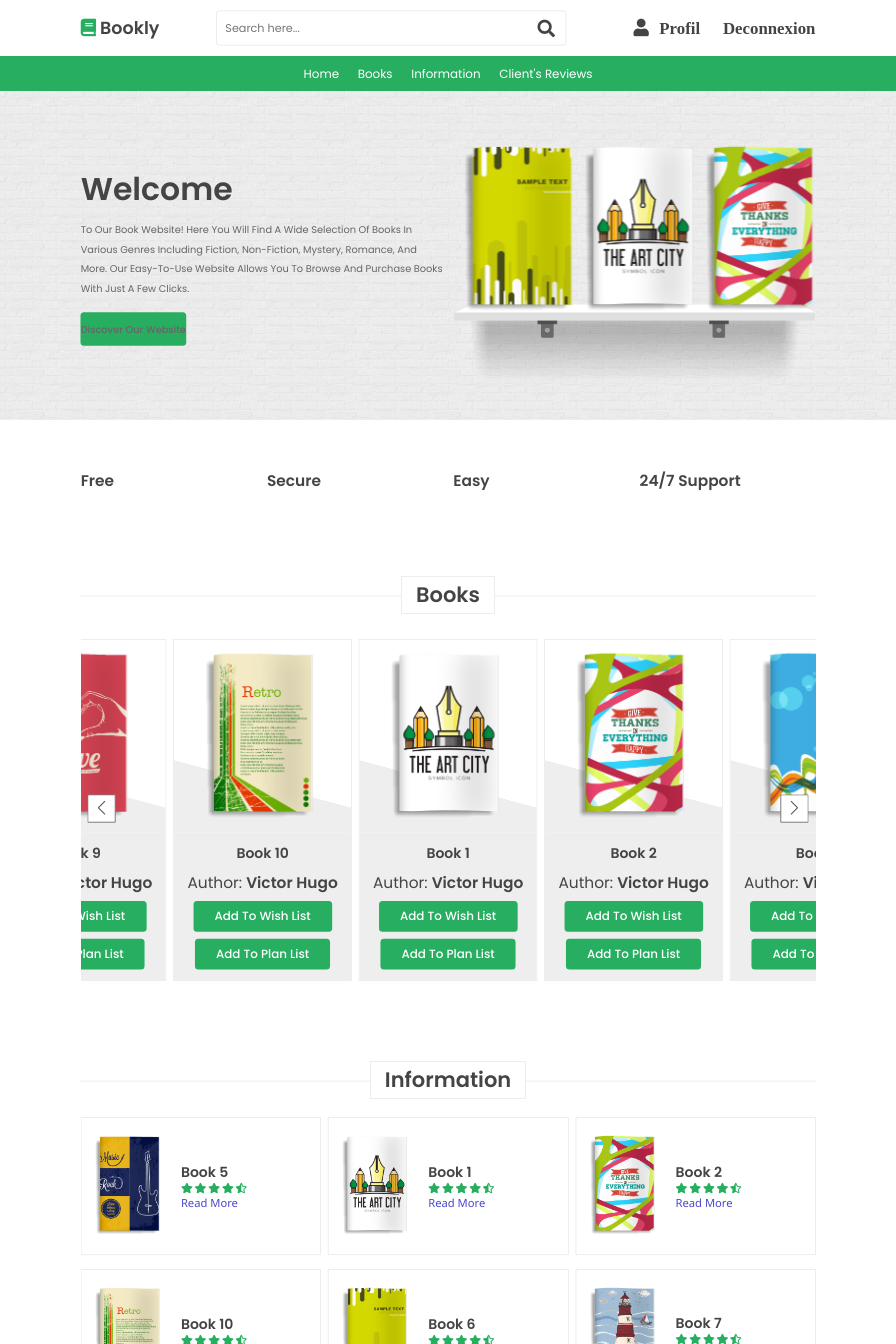
Repository: souhailaniba/Bookly
Page: public/assets/books webstie/index2.html
An editor plug-in stored every save of this project. The page is shown before and after the next save, followed by the edit.
The browser window is 1280 px wide. The pictures show the part of the page from y = 0 to 1920 px (the page is 3055 px tall), at 70% of full size.

Above is the page before, as saved 2023-01-27 16:29:34.

### public/assets/books webstie/index2.html
<!DOCTYPE html>
<html lang="en">
<head>
    <meta charset="UTF-8">
    <meta http-equiv="X-UA-Compatible" content="IE=edge">
    <meta name="viewport" content="width=device-width, initial-scale=1.0">
    <title>Book Website</title>

    <link rel="stylesheet" href="https://unpkg.com/swiper@7/swiper-bundle.min.css" />

    <!-- font awesome cdn link  -->
    <link rel="stylesheet" href="https://cdnjs.cloudflare.com/ajax/libs/font-awesome/5.15.4/css/all.min.css">

    <!-- custom css file link  -->
    <link rel="stylesheet" href="css/style.css">

</head>
<body>

<!-- header section starts  -->

<header class="header">

    <div class="header-1">

        <a href="#" class="logo"> <i class="fas fa-book"></i> Bookly </a>

        <form action="" class="search-form">
            <input type="search" name="" placeholder="Search here..." id="search-box">
            <label for="search-box" class="fas fa-search"></label>
        </form>

        <div class="icons">
            <div id="search-btn" class="fas fa-search"></div>
            <div id="login-btn" class="fas fa-user"><a href="./profile.html"  style="font-size:x-large;font-family: 'Times New Roman', Times, serif;">Profil</a></div>
            <div id="login-btn" class="fas "><a href="./Login.html"  style="font-size:x-large;font-family: 'Times New Roman', Times, serif;">Deconnexion</a></div>

        </div>

    </div>

    <div class="header-2">
        <nav class="navbar">
            <a href="#home">Home</a>
            <a href="#featured">Books</a>
            <a href="#arrivals">Information</a>
            <a href="#reviews">Client's Reviews</a>
        </nav>
    </div>

</header>

<!-- header section ends -->

<!-- bottom navbar  -->

<nav class="bottom-navbar">
    <a href="#home" class="fas fa-home"></a>
    <a href="#featured" class="fas fa-list"></a>
    <a href="#arrivals" class="fas fa-tags"></a>
    <a href="#reviews" class="fas fa-comments"></a>
    <a href="#blogs" class="fas fa-blog"></a>
</nav>

<!-- home section starts  -->

<section class="home" id="home">

    <div class="row">

        <div class="content">
            <h3>Welcome</h3>
            <p>To our book website! Here you will find a wide selection of books in various genres including fiction, non-fiction, mystery, romance, and more. Our easy-to-use website allows you to browse and purchase books with just a few clicks.</p>
            <p class="btn">Discover Our Website</p>
        </div>

        <div class="swiper books-slider">
            <div class="swiper-wrapper">
                <a href="#" class="swiper-slide"><img src="image/book-1.png" alt=""></a>
                <a href="#" class="swiper-slide"><img src="image/book-2.png" alt=""></a>
                <a href="#" class="swiper-slide"><img src="image/book-3.png" alt=""></a>
                <a href="#" class="swiper-slide"><img src="image/book-4.png" alt=""></a>
                <a href="#" class="swiper-slide"><img src="image/book-5.png" alt=""></a>
                <a href="#" class="swiper-slide"><img src="image/book-6.png" alt=""></a>
            </div>
            <img src="image/stand.png" class="stand" alt="">
        </div>

    </div>

</section>

<!-- home section ense  -->

<!-- icons section starts  -->

<section class="icons-container">

    <div class="icons">
        <div class="content">
            <h3>Free</h3>
        </div>
    </div>

    <div class="icons">
        <div class="content">
            <h3>Secure</h3>
        </div>
    </div>

    <div class="icons">
        <div class="content">
            <h3>Easy</h3>
        </div>
    </div>

    <div class="icons">
        <div class="content">
            <h3>24/7 support</h3>
        </div>
    </div>

</section>

<!-- icons section ends -->

<!-- featured section starts  -->

<section class="featured" id="featured">

    <h1 class="heading"> <span>Books</span> </h1>

    <div class="swiper featured-slider">

        <div class="swiper-wrapper">

            <div class="swiper-slide box">
                <div class="image">
                    <img src="image/book-1.png" alt="">
                </div>
                <div class="content">
                    <h3>Book 1</h3>
                    <div class="price">Author: <b>Victor Hugo</b></div>
                    <a href="#" class="btn">Add to wish list</a>
                    <a href="#" class="btn">Add to plan list</a>
                </div>
            </div>

            <div class="swiper-slide box">
                <div class="image">
                    <img src="image/book-2.png" alt="">
                </div>
                <div class="content">
                    <h3>Book 2</h3>
                    <div class="price">Author: <b>Victor Hugo</b></div>
                    <a href="#" class="btn">Add to wish list</a>
                    <a href="#" class="btn">Add to plan list</a>
                </div>
            </div>

            <div class="swiper-slide box">
                <div class="image">
                    <img src="image/book-3.png" alt="">
                </div>
                <div class="content">
                    <h3>Book 3</h3>
                    <div class="price">Author: <b>Victor Hugo</b></div>
                    <a href="#" class="btn">Add to wish list</a>
                    <a href="#" class="btn">Add to plan list</a>
                </div>
            </div>

            <div class="swiper-slide box">
                <div class="image">
                    <img src="image/book-4.png" alt="">
                </div>
                <div class="content">
                    <h3>Book 4</h3>
                    <div class="price">Author: <b>Victor Hugo</b></div>
                    <a href="#" class="btn">Add to wish list</a>
                    <a href="#" class="btn">Add to plan list</a>
                </div>
            </div>

            <div class="swiper-slide box">
                <div class="image">
                    <img src="image/book-5.png" alt="">
                </div>
                <div class="content">
                    <h3>Book 5</h3>
                    <div class="price">Author: <b>Victor Hugo</b></div>
                    <a href="#" class="btn">Add to wish list</a>
                    <a href="#" class="btn">Add to plan list</a>
                </div>
            </div>

            <div class="swiper-slide box">
                <div class="image">
                    <img src="image/book-6.png" alt="">
                </div>
                <div class="content">
                    <h3>Book 6</h3>
                    <div class="price">Author: <b>Victor Hugo</b></div>
                    <a href="#" class="btn">Add to wish list</a>
                    <a href="#" class="btn">Add to plan list</a>
                </div>
            </div>

            <div class="swiper-slide box">
                <div class="image">
                    <img src="image/book-7.png" alt="">
                </div>
                <div class="content">
                    <h3>Book 7</h3>
                    <div class="price">Author: <b>Victor Hugo</b></div>
                    <a href="#" class="btn">Add to wish list</a>
                    <a href="#" class="btn">Add to plan list</a>
                </div>
            </div>

            <div class="swiper-slide box">
                <div class="image">
                    <img src="image/book-8.png" alt="">
                </div>
                <div class="content">
                    <h3>Book 8</h3>
                    <div class="price">Author: <b>Victor Hugo</b></div>
                    <a href="#" class="btn">Add to wish list</a>
                    <a href="#" class="btn">Add to plan list</a>
                </div>
            </div>

            <div class="swiper-slide box">
                <div class="image">
                    <img src="image/book-9.png" alt="">
                </div>
                <div class="content">
                    <h3>Book 9</h3>
                    <div class="price">Author: <b>Victor Hugo</b></div>
                    <a href="#" class="btn">Add to wish list</a>
                    <a href="#" class="btn">Add to plan list</a>
                </div>
            </div>

            <div class="swiper-slide box">
                <div class="image">
                    <img src="image/book-10.png" alt="">
                </div>
                <div class="content">
                    <h3>Book 10</h3>
                    <div class="price">Author: <b>Victor Hugo</b></div>
                    <a href="#" class="btn">Add to wish list</a>
                    <a href="#" class="btn">Add to plan list</a>
                </div>
            </div>

        </div>

        <div class="swiper-button-next"></div>
        <div class="swiper-button-prev"></div>

    </div>

</section>

<!-- featured section ends -->


<!-- arrivals section starts  -->

<section class="arrivals" id="arrivals">

    <h1 class="heading"> <span>Information</span> </h1>

    <div class="swiper arrivals-slider">

        <div class="swiper-wrapper">

            <div class="swiper-slide box">
                <div class="image">
                    <img src="image/book-1.png" alt="">
                </div>
                <div class="content">
                    <h3>Book 1</h3>
                    <div class="stars">
                        <i class="fas fa-star"></i>
                        <i class="fas fa-star"></i>
                        <i class="fas fa-star"></i>
                        <i class="fas fa-star"></i>
                        <i class="fas fa-star-half-alt"></i>
                    </div>
                    <div style="font-size: medium;font-family:'Segoe UI', Tahoma, Geneva, Verdana, sans-serif;color: rgb(72, 72, 204);">Read More</div>
                </div>
            </div>

            <div class="swiper-slide box">
                <div class="image">
                    <img src="image/book-2.png" alt="">
                </div>
                <div class="content">
                    <h3>Book 2</h3>
                    <div class="stars">
                        <i class="fas fa-star"></i>
                        <i class="fas fa-star"></i>
                        <i class="fas fa-star"></i>
                        <i class="fas fa-star"></i>
                        <i class="fas fa-star-half-alt"></i>
                    </div>
                    <div style="font-size: medium;font-family:'Segoe UI', Tahoma, Geneva, Verdana, sans-serif;color: rgb(72, 72, 204);">Read More</div>
                </div>
            </div>

            <div class="swiper-slide box">
                <div class="image">
                    <img src="image/book-3.png" alt="">
                </div>
                <div class="content">
                    <h3>Book 3</h3>
                    <div class="stars">
                        <i class="fas fa-star"></i>
                        <i class="fas fa-star"></i>
                        <i class="fas fa-star"></i>
                        <i class="fas fa-star"></i>
                        <i class="fas fa-star-half-alt"></i>
                    </div>
                    <div style="font-size: medium;font-family:'Segoe UI', Tahoma, Geneva, Verdana, sans-serif;color: rgb(72, 72, 204);">Read More</div>
                </div>
            </div>

            <div class="swiper-slide box">
                <div class="image">
                    <img src="image/book-4.png" alt="">
                </div>
                <div class="content">
                    <h3>Book 4</h3>
                    <div class="stars">
                        <i class="fas fa-star"></i>
                        <i class="fas fa-star"></i>
                        <i class="fas fa-star"></i>
                        <i class="fas fa-star"></i>
                        <i class="fas fa-star-half-alt"></i>
                    </div>
                    <div style="font-size: medium;font-family:'Segoe UI', Tahoma, Geneva, Verdana, sans-serif;color: rgb(72, 72, 204);">Read More</div>
                </div>
            </div>

            <div class="swiper-slide box">
                <div class="image">
                    <img src="image/book-5.png" alt="">
                </div>
                <div class="content">
                    <h3>Book 5</h3>
                    <div class="stars">
                        <i class="fas fa-star"></i>
                        <i class="fas fa-star"></i>
                        <i class="fas fa-star"></i>
                        <i class="fas fa-star"></i>
                        <i class="fas fa-star-half-alt"></i>
                    </div>
                    <div style="font-size: medium;font-family:'Segoe UI', Tahoma, Geneva, Verdana, sans-serif;color: rgb(72, 72, 204);">Read More</div>
                </div>
            </div>

        </div>

    </div>

    <div class="swiper arrivals-slider">

        <div class="swiper-wrapper">

            <div class="swiper-slide box">
                <div class="image">
                    <img src="image/book-6.png" alt="">
                </div>
                <div class="content">
                    <h3>Book 6</h3>
                    <div class="stars">
                        <i class="fas fa-star"></i>
                        <i class="fas fa-star"></i>
                        <i class="fas fa-star"></i>
                        <i class="fas fa-star"></i>
                        <i class="fas fa-star-half-alt"></i>
                    </div>
                    <div style="font-size: medium;font-family:'Segoe UI', Tahoma, Geneva, Verdana, sans-serif;color: rgb(72, 72, 204);">Read More</div>
                </div>
            </div>

            <div class="swiper-slide box">
                <div class="image">
                    <img src="image/book-7.png" alt="">
                </div>
                <div class="content">
                    <h3>Book 7</h3>
                    <div class="stars">
                        <i class="fas fa-star"></i>
                        <i class="fas fa-star"></i>
                        <i class="fas fa-star"></i>
                        <i class="fas fa-star"></i>
                        <i class="fas fa-star-half-alt"></i>
                    </div>
                    <div style="font-size: medium;font-family:'Segoe UI', Tahoma, Geneva, Verdana, sans-serif;color: rgb(72, 72, 204);">
                        <a href="ReadBook.html">Read More</a>
                    </div>
                </div>
            </div>

            <div class="swiper-slide box">
                <div class="image">
                    <img src="image/book-8.png" alt="">
                </div>
                <div class="content">
                    <h3>Book 8</h3>
                    <div class="stars">
                        <i class="fas fa-star"></i>
                        <i class="fas fa-star"></i>
                        <i class="fas fa-star"></i>
                        <i class="fas fa-star"></i>
                        <i class="fas fa-star-half-alt"></i>
                    </div>
                    <div style="font-size: medium;font-family:'Segoe UI', Tahoma, Geneva, Verdana, sans-serif;color: rgb(72, 72, 204);">Read More</div>
                </div>
            </div>

            <div class="swiper-slide box">
                <div class="image">
                    <img src="image/book-9.png" alt="">
                </div>
                <div class="content">
                    <h3>Book 9</h3>
                    <div class="stars">
                        <i class="fas fa-star"></i>
                        <i class="fas fa-star"></i>
                        <i class="fas fa-star"></i>
                        <i class="fas fa-star"></i>
                        <i class="fas fa-star-half-alt"></i>
                    </div>
                    <div style="font-size: medium;font-family:'Segoe UI', Tahoma, Geneva, Verdana, sans-serif;color: rgb(72, 72, 204);">Read More</div>
                </div>
            </div>

            <div class="swiper-slide box">
                <div class="image">
                    <img src="image/book-10.png" alt="">
                </div>
                <div class="content">
                    <h3>Book 10</h3>
                    <div class="stars">
                        <i class="fas fa-star"></i>
                        <i class="fas fa-star"></i>
                        <i class="fas fa-star"></i>
                        <i class="fas fa-star"></i>
                        <i class="fas fa-star-half-alt"></i>
                    </div>
                    <div style="font-size: medium;font-family:'Segoe UI', Tahoma, Geneva, Verdana, sans-serif;color: rgb(72, 72, 204);">Read More</div>
                </div>
            </div>

        </div>

    </div>

</section>

<!-- arrivals section ends -->


<!-- reviews section starts  -->

<section class="reviews" id="reviews">

    <h1 class="heading"> <span>Client's reviews</span> </h1>

    <div class="swiper reviews-slider">

        <div class="swiper-wrapper">

            <div class="swiper-slide box">
                <img src="image/pic-1.png" alt="">
                <h3>john deo</h3>
                <p>Lorem ipsum dolor, sit amet consectetur adipisicing elit. Aspernatur nihil ipsa placeat. Aperiam at sint, eos ex similique facere hic.</p>
                <div class="stars">
                    <i class="fas fa-star"></i>
                    <i class="fas fa-star"></i>
                    <i class="fas fa-star"></i>
                    <i class="fas fa-star"></i>
                    <i class="fas fa-star-half-alt"></i>
                </div>
            </div>

            <div class="swiper-slide box">
                <img src="image/pic-2.png" alt="">
                <h3>john deo</h3>
                <p>Lorem ipsum dolor, sit amet consectetur adipisicing elit. Aspernatur nihil ipsa placeat. Aperiam at sint, eos ex similique facere hic.</p>
                <div class="stars">
                    <i class="fas fa-star"></i>
                    <i class="fas fa-star"></i>
                    <i class="fas fa-star"></i>
                    <i class="fas fa-star"></i>
                    <i class="fas fa-star-half-alt"></i>
                </div>
            </div>

            <div class="swiper-slide box">
                <img src="image/pic-3.png" alt="">
                <h3>john deo</h3>
                <p>Lorem ipsum dolor, sit amet consectetur adipisicing elit. Aspernatur nihil ipsa placeat. Aperiam at sint, eos ex similique facere hic.</p>
                <div class="stars">
                    <i class="fas fa-star"></i>
                    <i class="fas fa-star"></i>
                    <i class="fas fa-star"></i>
                    <i class="fas fa-star"></i>
                    <i class="fas fa-star-half-alt"></i>
                </div>
            </div>
            <div class="swiper-slide box">
                <img src="image/pic-4.png" alt="">
                <h3>john deo</h3>
                <p>Lorem ipsum dolor, sit amet consectetur adipisicing elit. Aspernatur nihil ipsa placeat. Aperiam at sint, eos ex similique facere hic.</p>
                <div class="stars">
                    <i class="fas fa-star"></i>
                    <i class="fas fa-star"></i>
                    <i class="fas fa-star"></i>
                    <i class="fas fa-star"></i>
                    <i class="fas fa-star-half-alt"></i>
                </div>
            </div>

            <div class="swiper-slide box">
                <img src="image/pic-5.png" alt="">
                <h3>john deo</h3>
                <p>Lorem ipsum dolor, sit amet consectetur adipisicing elit. Aspernatur nihil ipsa placeat. Aperiam at sint, eos ex similique facere hic.</p>
                <div class="stars">
                    <i class="fas fa-star"></i>
                    <i class="fas fa-star"></i>
                    <i class="fas fa-star"></i>
                    <i class="fas fa-star"></i>
                    <i class="fas fa-star-half-alt"></i>
                </div>
            </div>

            <div class="swiper-slide box">
                <img src="image/pic-6.png" alt="">
                <h3>john deo</h3>
                <p>Lorem ipsum dolor, sit amet consectetur adipisicing elit. Aspernatur nihil ipsa placeat. Aperiam at sint, eos ex similique facere hic.</p>
                <div class="stars">
                    <i class="fas fa-star"></i>
                    <i class="fas fa-star"></i>
                    <i class="fas fa-star"></i>
                    <i class="fas fa-star"></i>
                    <i class="fas fa-star-half-alt"></i>
                </div>
            </div>

        </div>

    </div>

</section>

<!-- reviews section ends -->


<!-- footer section starts  -->

<section class="footer">

    <div class="box-container">

        <div class="box">
            <h3>our locations</h3>
            <a href="#"> <i class="fas fa-map-marker-alt"></i> Casablanca Sidi Othman </a>
        </div>

        <div class="box">
            <h3>quick links</h3>
            <a href="#"> <i class="fas fa-arrow-right"></i> home </a>
            <a href="#"> <i class="fas fa-arrow-right"></i> books </a>
            <a href="#"> <i class="fas fa-arrow-right"></i> client'reviews </a>
            <a href="#"> <i class="fas fa-arrow-right"></i> information </a>
        </div>

        <div class="box">
            <h3>contact info</h3>
            <a href="#"> <i class="fas fa-phone"></i> 060000000 </a>
            <a href="#"> <i class="fas fa-envelope"></i> EnsamCasa@gmail.com </a>
        </div>

    </div>

    <div class="share">
        <a href="#" class="fab fa-facebook-f"></a>
        <a href="#" class="fab fa-twitter"></a>
        <a href="#" class="fab fa-instagram"></a>
        <a href="#" class="fab fa-linkedin"></a>
    </div>

    <div class="credit"> Created by <span>SAKINI Oussama | ANIBA Souhail | BELHIAK Salah-Eddine</span></div>

</section>

<!-- footer section ends -->

<!-- loader  -->

<div class="loader-container">
    <img src="image/loader-img.gif" alt="">
</div>




<script src="https://unpkg.com/swiper@7/swiper-bundle.min.js"></script>

<!-- custom js file link  -->
<script src="js/script.js"></script>

</body>
</html>

Loaded but not shown: public/assets/books webstie/js/script.js (151 lines, source omitted); public/assets/books webstie/css/style.css (820 lines, source omitted)

After the next save:
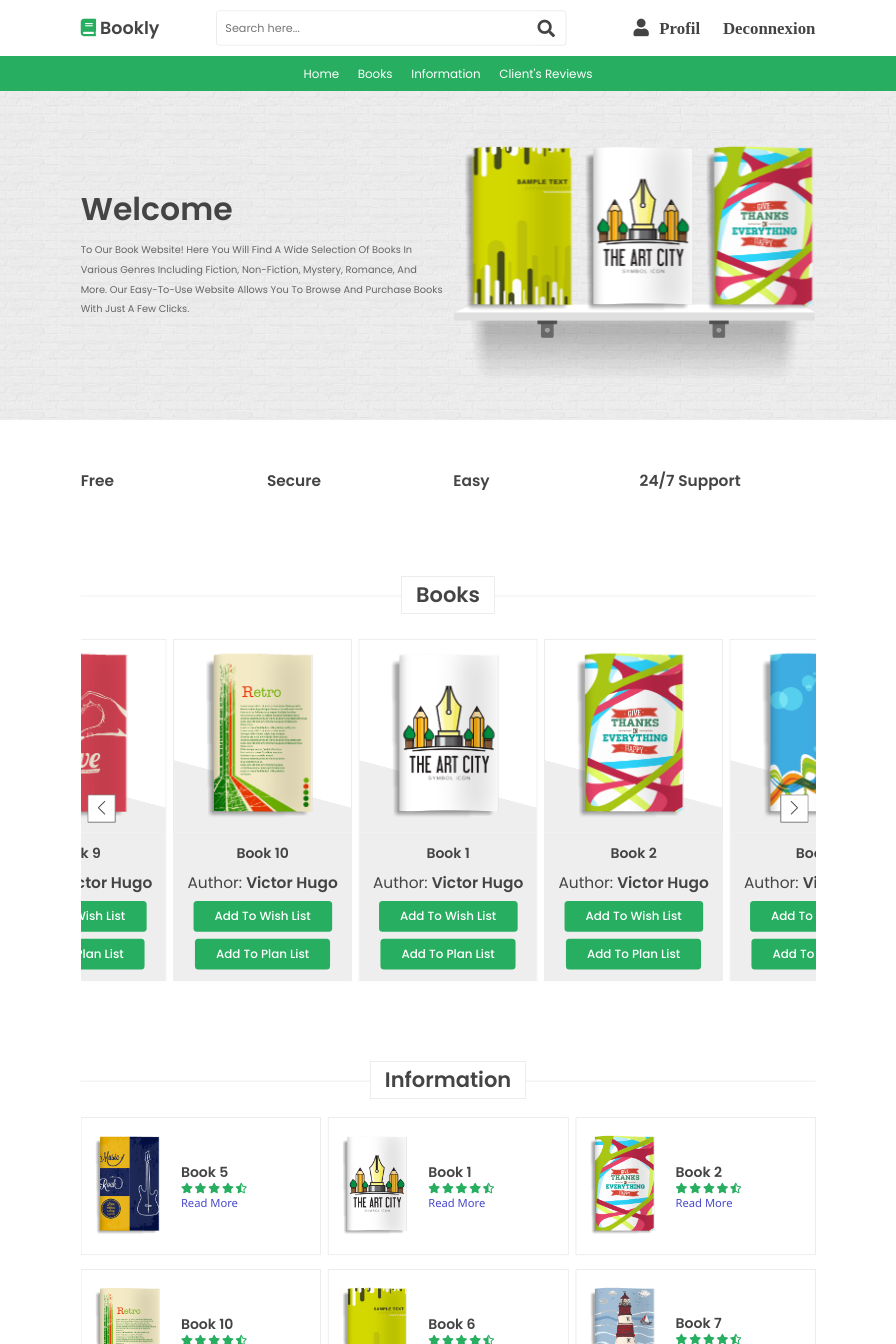
Saved 12 s later.
--- a/public/assets/books webstie/index2.html
+++ b/public/assets/books webstie/index2.html
@@ -71,7 +71,6 @@
         <div class="content">
             <h3>Welcome</h3>
             <p>To our book website! Here you will find a wide selection of books in various genres including fiction, non-fiction, mystery, romance, and more. Our easy-to-use website allows you to browse and purchase books with just a few clicks.</p>
-            <p class="btn">Discover Our Website</p>
         </div>
 
         <div class="swiper books-slider">
